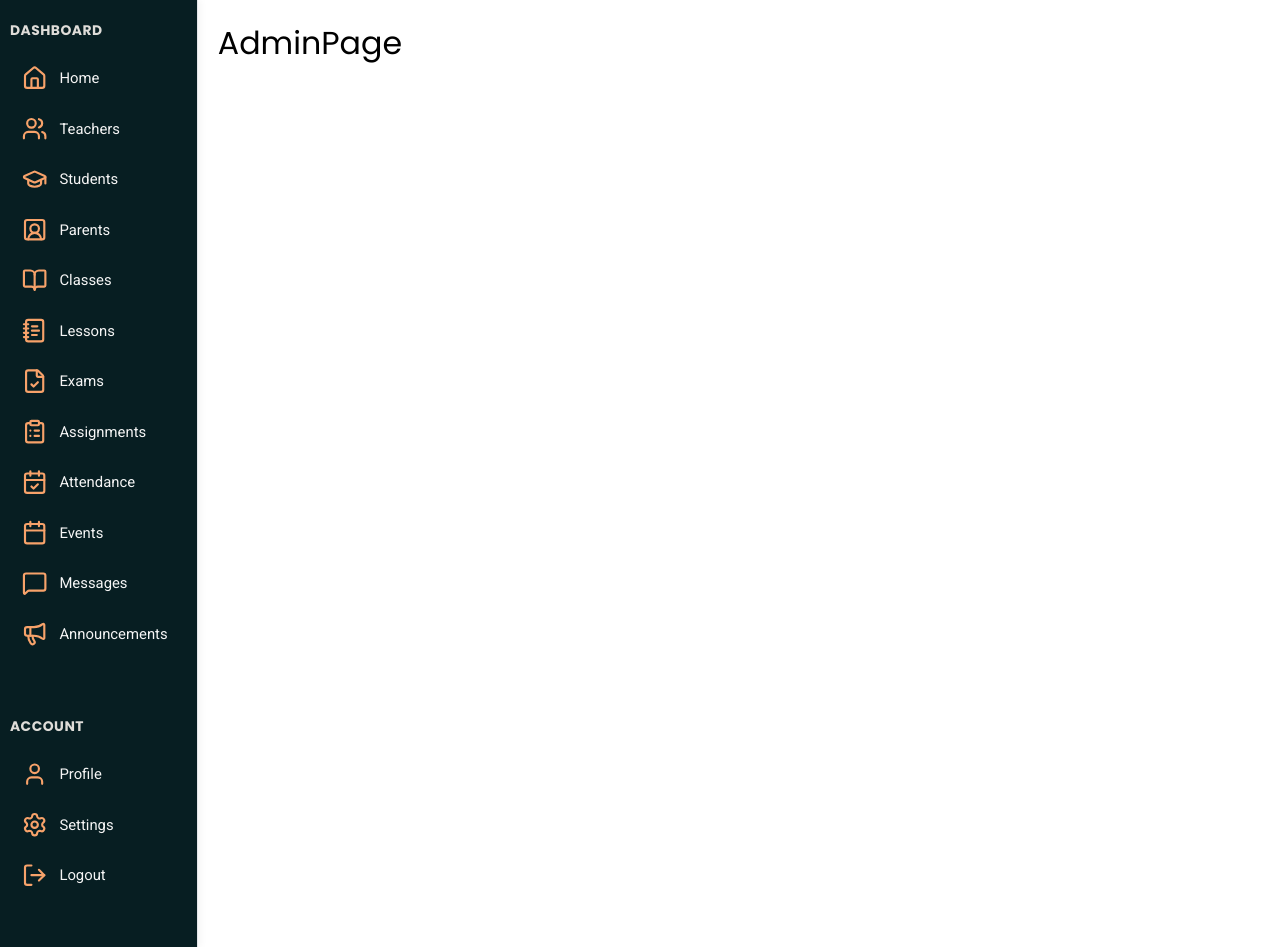
Repository: GlorifiedIntel/student-portal
Page: /admin
The author's editor kept a copy of each file at every save. The page is drawn from the files as they stood at one save, then again after the next save.
The browser window is 1280 px wide. The pictures show the whole page, at 99% of full size.
The project was rebuilt for these pictures with package versions that can differ from the ones it lists, and the page was loaded fresh each time. The framework's server and built-in components were replaced by stand-ins that run in the browser. Also part of the build but not shown: next.config.mjs.

Above is the page before, as saved 2025-08-21 17:11:33.

After the next save:
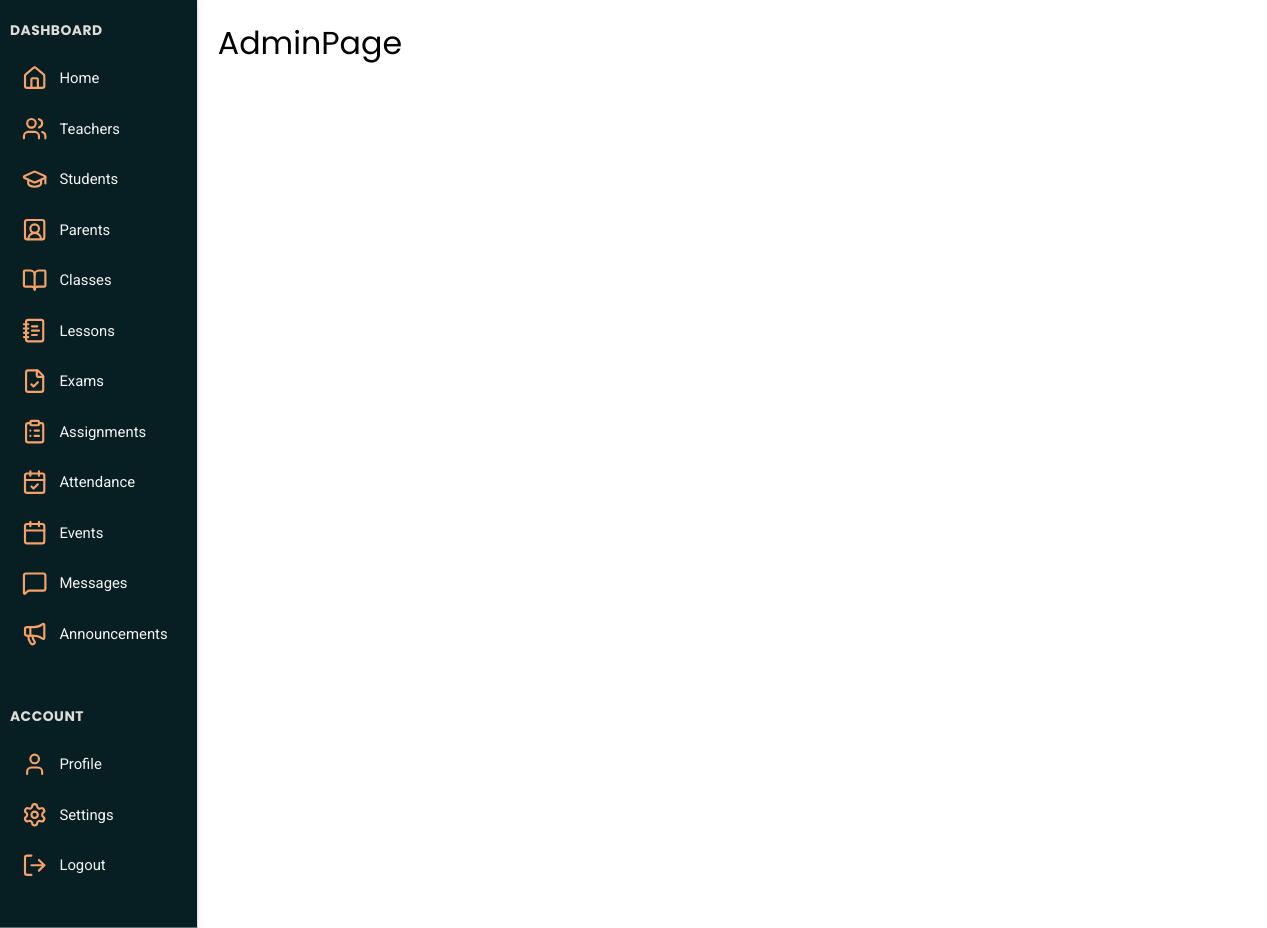
Saved 21 s later.
--- a/src/components/Menu.module.css
+++ b/src/components/Menu.module.css
@@ -17,7 +17,7 @@
   display: flex;
   flex-direction: column;
   gap: 5px;
-  margin-bottom: 30px;
+  margin-bottom: 20px;
 }
 
 .menu-title {
